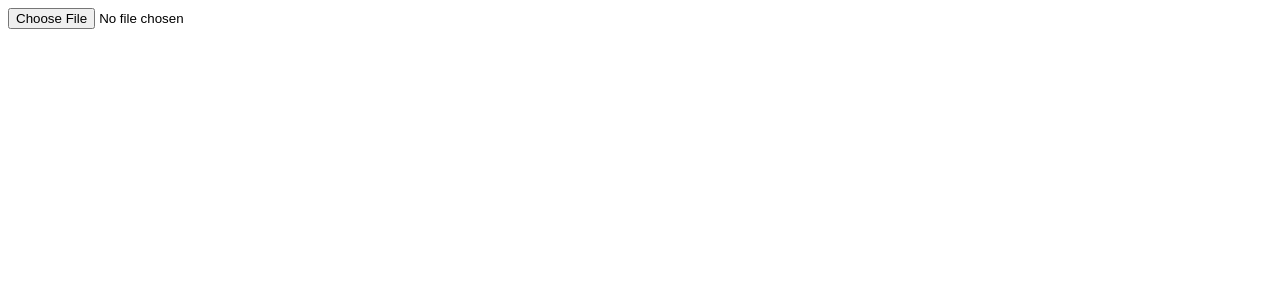
Repository: Seonhanbit/dev
Page: work_frontend/HtmlEx/WebContent/08form/06.input_file.html
The author's editor kept a copy of each file at every save. The page is drawn from the files as they stood at one save, then again after the next save.
The browser window is 1280 px wide. The pictures show the whole page.

Above is the page before, as saved 2019-08-26 05:46:51.

### work_frontend/HtmlEx/WebContent/08form/06.input_file.html
<!DOCTYPE html PUBLIC "-//W3C//DTD HTML 4.01 Transitional//EN" "http://www.w3.org/TR/html4/loose.dtd">
<html>
<head>
<meta http-equiv="Content-Type" content="text/html; charset=UTF-8">
<title>Input File</title>
</head>
<body>
	<form>
		<input type="file" name="pic" accept="image/gif"/>
		<input type="hidden" name="country" value="korea" />
	</form>
</body>
</html>

After the next save:
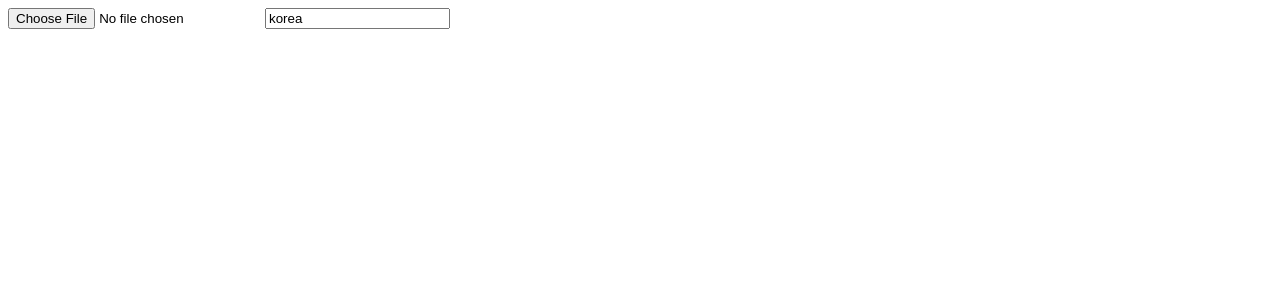
Saved 11 min 21 s later.
--- a/work_frontend/HtmlEx/WebContent/08form/06.input_file.html
+++ b/work_frontend/HtmlEx/WebContent/08form/06.input_file.html
@@ -7,7 +7,7 @@
 <body>
 	<form>
 		<input type="file" name="pic" accept="image/gif"/>
-		<input type="hidden" name="country" value="korea" />
+		<input type="text" name="country" value="korea" />
 	</form>
 </body>
 </html>

After the save that followed:
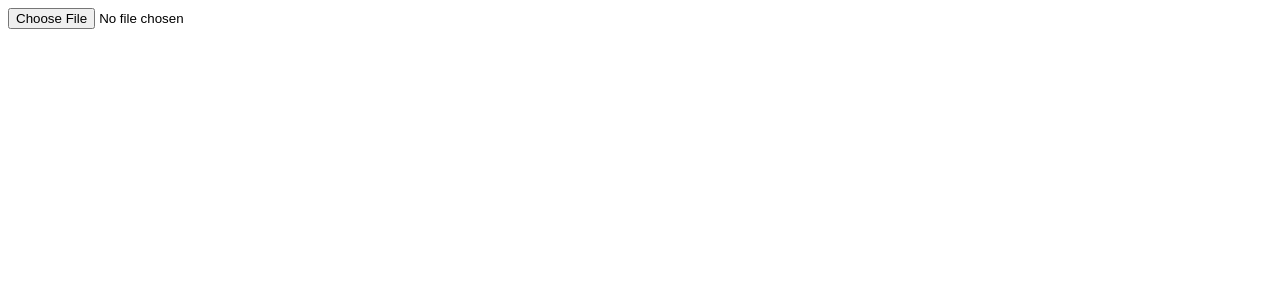
Saved 12 s later.
--- a/work_frontend/HtmlEx/WebContent/08form/06.input_file.html
+++ b/work_frontend/HtmlEx/WebContent/08form/06.input_file.html
@@ -7,7 +7,7 @@
 <body>
 	<form>
 		<input type="file" name="pic" accept="image/gif"/>
-		<input type="text" name="country" value="korea" />
+		<input type="hidden" name="country" value="korea" />
 	</form>
 </body>
 </html>
